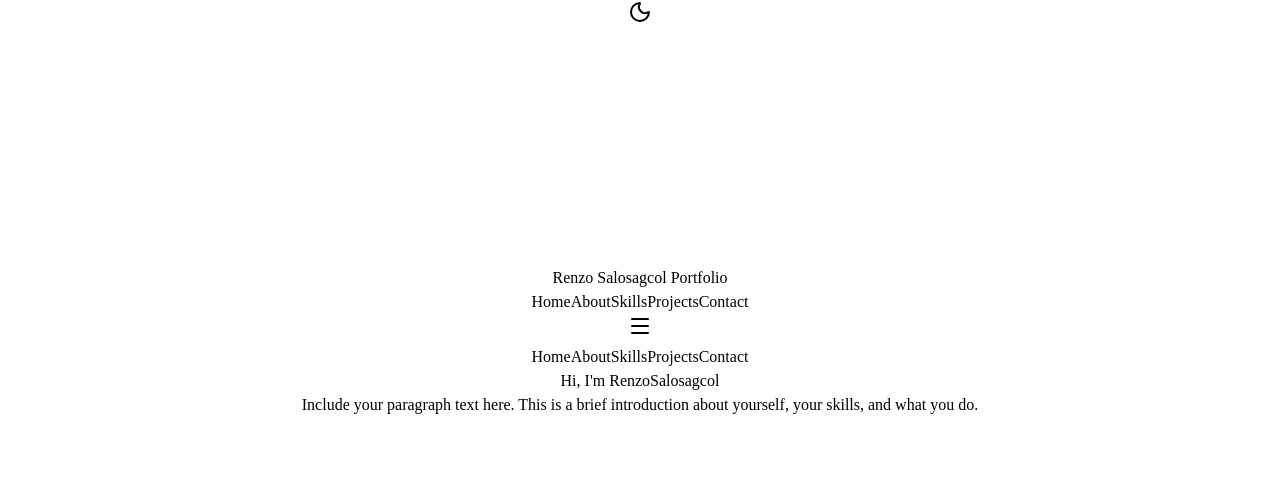
Repository: Renzo-Salosagcol/PERSONAL-PORTFOLIO
Page: /
The author's editor kept a copy of each file at every save. The page is drawn from the files as they stood at one save, then again after the next save.
The browser window is 1280 px wide. The pictures show the whole page.
The project was rebuilt for these pictures with package versions that can differ from the ones it lists, and the page was loaded fresh each time. Also part of the build but not shown: vite.config.js, src/pages/notFound.jsx.

Above is the page before, as saved 2025-10-03 22:31:18.

### src/index.css
@import "tailwindcss";

@theme {
  --color-border: hsl(var(--border));
  --color-background: hsl(var(--background));
  --color-foreground: hsl(var(--foreground));

  --color-primary: hsl(var(--primary));
  --color-primary-foreground: hsl(var(--primary-foreground));

  --color-card: hsl(var(--card));

  --animate-float: float 6s ease-in-out infinite;
  --animate-pulse-subtle: pulse-subtle 4s ease-in-out infinite;
  --animate-fade-in: fade-in 0.7s ease-out forwards;
  --animate-fade-in-delay-1: fade-in 0.7s ease-out 0.2s forwards;
  --animate-fade-in-delay-2: fade-in 0.7s ease-out 0.4s forwards;
  --animate-fade-in-delay-3: fade-in 0.7s ease-out 0.6s forwards;
  --animate-fade-in-delay-4: fade-in 0.7s ease-out 0.8s forwards;
  --animate-meteor: meteor 5s linear infinite;
}

@keyframes float {
  0%,
  100% {
    transform: translateY(0);
  }
  50% {
    transform: translateY(-10px);
  }
}

@keyframes pulse-subtle {
  0%,
  50% {
    opacity: 0.8;
  }
  100% {
    opacity: 1;
  }
}

@keyframes fade-in {
  from {
    opacity: 0;
    transform: translateY(20px);
  }
  to {
    opacity: 1;
    transform: translateY(0);
  }
}

@keyframes meteor {
  0% {
    transform: rotate(215deg) translateX(0);
    opacity: 1;
  }
  70% {
    opacity: 1;
  }
  100% {
    transform: rotate(215deg) translateX(-500px) ;
    opacity: 0;
  }
}

@layer base {
  :root {
    --background: 210 40% 98%;
    --foreground: 222 47% 11%;

    --card: 0 0% 100%;

    --primary: 259 47% 60%;
    --primary-foreground: 210 40% 98%;

    --border: 214 32% 91%;
  }

  .dark {
    --background: 222 47% 4%;
    --foreground: 213 31% 91%;

    --card: 222 47% 8%;

    --primary: 250 65% 65%;
    --primary-foreground: 213 31% 91%;

    --border: 217 33
  }

    * {
      @apply border-border;
    }

    html {
      @apply scroll-smooth;
    }

    body {
      @apply bg-background text-foreground transition-colors duration-300;
      font-feature-settings: "rlig" 1, "calt" 1;
    }
}

@utility container {
  margin-inline: auto;
  padding-inline: 2rem;

  @media (width >= 640px) {
    max-width: 640px;
  }

  @media (width >= 768px) {
    max-width: 768px;
  }

  @media (width >= 1024px) {
    max-width: 1024px;
  }

  @media (width >= 1280px) {
    max-width: 1280px;
  }

  @media (width >= 1400px) {
    max-width: 1400px;
  }

}

@utility text-glow {
  @apply relative;
  text-shadow: 0 0 10px rgb(167, 139, 250, 0.5);
}

@utility card-hover {
  @apply transition-transform duration-300 hover:scale-[1.02] hover:shadow-lg;
}

@utility gradient-border {
  @apply relative rounded-md;
  background: linear-gradient(to right, hsl(var(--card)));
  background-clip: padding-box;
  border: 1px solid transparent;
}

@utility cosmic-button {
  @apply px-5 py-2 rounded-full bg-primary text-primary-foreground font-medium
  transition-all duration-300 hover:shadow-[0_0_10px_rgba(139,92,246,0.5)]
  hover:scale-105 active:scale-95;
}

@utility star {
  @apply absolute bg-white rounded-full;
  box-shadow: 0 0 10px 2px rgba(255, 255, 255, 0.4);
}

@utility meteor {
  @apply absolute bg-linear-to-r from-white to-transparent rounded-full;
  box-shadow: 0 0 10px 5px rgba(255, 255, 255, 0.3);
}

#root {
  max-width: 100%;
  margin: 0 auto;
  padding: 0;
  text-align: center;
}

### src/App.jsx
import { BrowserRouter, Routes, Route } from "react-router-dom"
import { Home } from "./pages/home"
import { NotFound } from "./pages/notFound"

function App() {
  return (
    <>
      <BrowserRouter>
        <Routes>
          <Route index element={<Home />} />
          <Route path="*" element={<NotFound />} />
        </Routes>
      </BrowserRouter>
    </>
  );
}

export default App

### src/pages/home.jsx
import { ThemeToggle } from "../components/ThemeToggle"
import { StarBackground } from "../components/StarBackground"
import { Navbar } from "../components/Navbar"
import { HeroSection } from "../components/HeroSection"


export const Home = () => {
  return (
    <div className="min-h-screen bg-background text-foreground overflow-x-hidden">
      {/* Theme Toggle */}
      <ThemeToggle />

      {/* Background Effects */}
      <StarBackground />

      {/* Navbar */}
      <Navbar />

      {/* Main Content */}
      <main>
        <HeroSection />
      </main>

      {/* Footer */}
    </div>
  )
}

### src/components/ThemeToggle.jsx
import { useState, useEffect } from "react"
import { Sun, Moon } from "lucide-react"
import { cn } from "@/lib/utils"

export const ThemeToggle = () => {
  const [isDark, setIsDark] = useState(false)

  useEffect(() => {
    const theme = localStorage.getItem("theme")
    if (theme) {
      setIsDark(theme === "dark")
      document.documentElement.classList.toggle("dark", theme === "dark")
    }
  }, [])

  const toggleTheme = () => {
    setIsDark(!isDark)
    document.documentElement.classList.toggle("dark", !isDark)
    localStorage.setItem("theme", !isDark ? "dark" : "light")
  }

  return (
    <button
      onClick={toggleTheme}
      className={cn("fixed max-sm:hidden top-5 right-5 z-50 p-2 rounded-full",
        "transition-color duration-300 focus:outline-hidden"
      )}
    >
      {isDark ? (
        <Sun className="h-6 w-6 text-yellow-300" />
      ) : (
        <Moon className="h-6 w-6 text-blue-900" />
      )}
    </button>

  )
}

### src/components/StarBackground.jsx
import { useState, useEffect } from "react"

// ID, Size, X, Y, Opacity, Animation Duration

export const StarBackground = () => {
  const [stars, setStars] = useState([])
  const [meteors, setMeteors] = useState([])

  useEffect(() => {
    generateStars()
    generateMeteors()

    const handleResize = () => {
      generateStars()
      generateMeteors()
    }

    window.addEventListener("resize", handleResize)
    return () => window.removeEventListener("resize", handleResize)
  }, [])

  const generateStars = () => {
    const numberOfStars = Math.floor(window.innerWidth * window.innerHeight / 10000)

    const newStars = []
    for (let i = 0; i < numberOfStars; i++) {
      newStars.push({
        id: i,
        size: Math.random() * 3 + 1,
        x: Math.random() * 100,
        y: Math.random() * 100,
        opacity: Math.random() * 0.5 + 0.5,
        animationDuration: Math.random() * 4 + 2
      })
    }

    setStars(newStars)
  }

  const generateMeteors = () => {
    const numberOfMeteors = 4
    const newMeteors = []

    for (let i = 0; i < numberOfMeteors; i++) {
      newMeteors.push({
        id: i,
        size: Math.random() * 2 + 1,
        x: Math.random() * 100,
        y: Math.random() * 20,
        delay: Math.random() * 15,
        animationDuration: Math.random() * 3 + 3
      })
    }

    setMeteors(newMeteors)
  }

  return (
    <div className="fixed inset-0 overflow-hidden pointer-events-none z-0">
      {stars.map((star) => (
        <div key={star.id} className="star animate-pulse-subtle" style={{
          width: `${star.size}px`,
          height: `${star.size}px`,
          top: `${star.y}%`,
          left: `${star.x}%`,
          opacity: star.opacity,
          animationDuration: `${star.animationDuration}s`
        }}/>
      ))}

      {meteors.map((meteor) => (
        <div key={meteor.id} className="meteor animate-meteor" style={{
          width: `${meteor.size * 50}px`,
          height: `${meteor.size * 2}px`,
          top: `${meteor.y}%`,
          left: `${meteor.x}%`,
          animationDelay: meteor.delay,
          animationDuration: `${meteor.animationDuration}s`
        }}/>
      ))}
    </div>
    )
}

### src/components/Navbar.jsx
import { useState, useEffect } from 'react'
import { cn } from '@/lib/utils'
import { Menu, X } from 'lucide-react'

const navItems = [
  { name: 'Home', href: '#home' },
  { name: 'About', href: '#about' },
  { name: 'Skills', href: '#skills' },
  { name: 'Projects', href: '#projects' },
  { name: 'Contact', href: '#contact' },
]

export const Navbar = () => {
  const [isScrolled, setIsScrolled] = useState(false)
  const [isMenuOpen, setIsMenuOpen] = useState(false)

  useEffect(() => {
    const handleScroll = () => {
      setIsScrolled(window.scrollY > 10)
    }

    window.addEventListener('scroll', handleScroll)
    return () => {
      window.removeEventListener('scroll', handleScroll)
    }
  }, [])

  return (
    <nav className={cn("fixed w-full z-40 transition-all duration-300",
      isScrolled ? "py-3 bg-background/80 backdrop-blur-md shadow-xs" : "py-5"
    )}>
      <div className="container flex items-center justify-between">
        <a className="text-xl font-bold text-primary flex items-center" href="#hero">
          <span className="relative z-10">
            <span className="text-glow text-foreground"> Renzo Salosagcol </span> Portfolio
          </span>
        </a>

        {/* Desktop Nav */}
        <div className="hidden md:flex space-x-8">
          {navItems.map((item) => (
            <a
              key={item.name}
              className="text-foreground/80 hover:text-primary transition-colors duration-300"
              href={item.href}
            >
              {item.name}
            </a>
          ))}
        </div>

        {/* Mobile Nav */}
        <button
          onClick={() => setIsMenuOpen((prev) => !prev)}
          className="md:hidden p-2 text-foreground z-50"
          aria-label={isMenuOpen}
        >
          {isMenuOpen ? <X size={24} /> : <Menu size={24} />}
        </button>

        <div className={cn("fixed inset-0 bg-background/95 backdrop-blur-md z-40 flex flex-col items-center justify-center",
          "transition-all duration 300 md:hidden",
          isMenuOpen ? "opacity-100 pointer-events-auto" : "opacity-0 pointer-events-none"
        )}>
          <div className="flex flex-col space-y-8 text-xl">
            {navItems.map((item) => (
              <a
                key={item.name}
                className="text-foreground/80 hover:text-primary transition-colors duration-300"
                href={item.href}
                onClick={() => setIsMenuOpen(false)}
              >
                {item.name}
              </a>
            ))}
          </div>
        </div>

      </div>
    </nav>
  )
}

### src/components/HeroSection.jsx


export const HeroSection = () => {
  return (
    <section id="hero" className="relative min-h-screen flex flex-col items-center justify-center px-4">
      <div className="container max-w-4xl auto text-center z-10">
        <div className="space-y-6">
          <h1 className="text-4xl md:text-6xl font-bold tracking-tight">
            <span className="opacity-0 animate-fade-in"> Hi, I'm</span>
            <span className="opacity-0 text-primary animate-fade-in-delay-1"> Renzo</span>
            <span className="opacity-0 text-gradient ml-2 animate-fade-in-delay-2">Salosagcol</span>
          </h1>
          <p className="text-lg md-texl-xl text-muted-foreground max-2-2xl mx-auto opacity-0 animate-fade-in-delay-3">
            Include your paragraph text here. This is a brief introduction about yourself, your skills, and what you do.
          </p>
        </div>
      </div>
    </section>
  )
}

### src/lib/utils.js
import { clsx } from "clsx"
import { twMerge } from "tailwind-merge"

export const cn = (...inputs) => {
  return twMerge(clsx(...inputs))
}

Loaded but not shown: index.html (common file); src/main.jsx (common file)

After the next save:
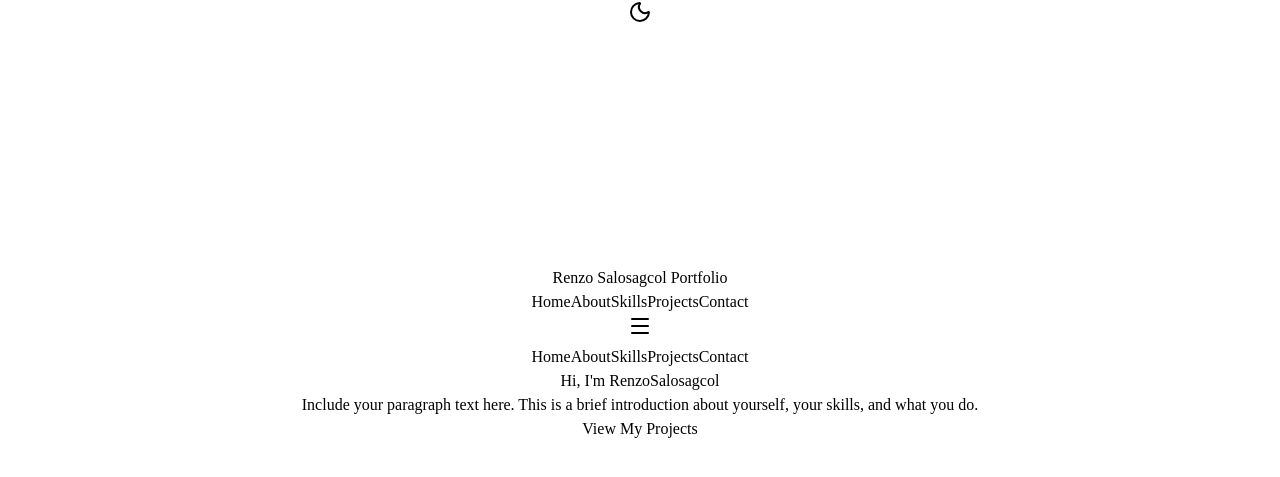
Saved 56 s later.
--- a/src/components/HeroSection.jsx
+++ b/src/components/HeroSection.jsx
@@ -13,6 +13,12 @@
           <p className="text-lg md-texl-xl text-muted-foreground max-2-2xl mx-auto opacity-0 animate-fade-in-delay-3">
             Include your paragraph text here. This is a brief introduction about yourself, your skills, and what you do.
           </p>
+
+          <div>
+            <a href="#projects" className="cosmic-button">
+              View My Projects
+            </a>
+          </div>
         </div>
       </div>
     </section>
